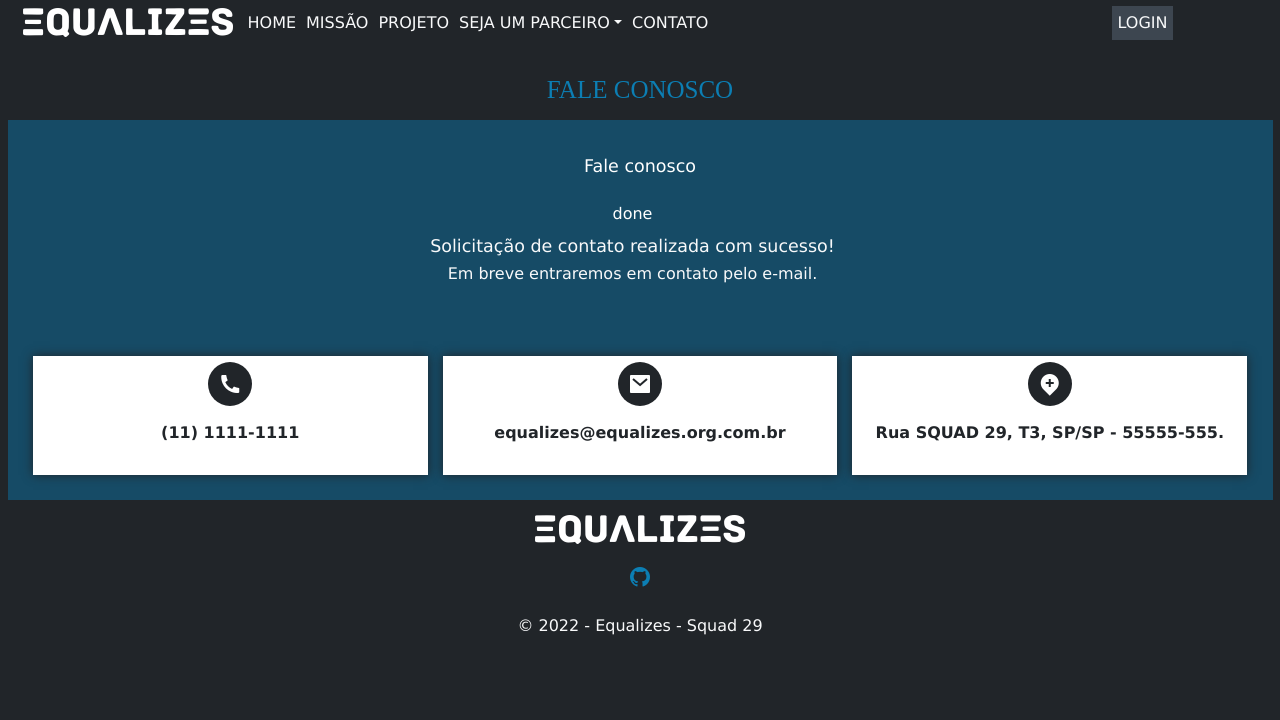
Repository: SQUAD29T3/-SpringEqualizesFinal
Page: http://localhost/success/success-contato
The author's editor kept a copy of each file at every save. The page is drawn from the files as they stood at one save, then again after the next save.
The browser window is 1280 px wide. The pictures show the whole page.
The page is this project's Thymeleaf template; nobody is signed in. The template is opened directly, without the code that normally fills it, so the values that code supplies are empty.

Above is the page before, as saved 2022-10-25 01:23:35.
Console error: TypeError: Cannot set properties of null (setting 'value')

### SpringEqualizes/src/main/resources/templates/success/success-contato.html
<!DOCTYPE html>
<html lang="pt-br">

<head>
	<meta charset="UTF-8">
	<meta http-equiv="X-UA-Compatible" content="IE=edge">
	<meta name="viewport" content="width=device-width, initial-scale=1.0">

	<!-- BOOTSTRAP CSS -->
	<link href="https://cdn.jsdelivr.net/npm/bootstrap@5.0.2/dist/css/bootstrap.min.css" rel="stylesheet"
		integrity="sha384-EVSTQN3/azprG1Anm3QDgpJLIm9Nao0Yz1ztcQTwFspd3yD65VohhpuuCOmLASjC" crossorigin="anonymous">

	<!-- ICON DO SITE (E) -->
	<link rel="shortcut icon" th:href="@{/img/icon.jpg}" type="image/x-icon">

	<!-- ICON SITE REMIXICON -->
	<link href="https://cdn.jsdelivr.net/npm/remixicon@2.5.0/fonts/remixicon.css" rel="stylesheet">

	<!-- CSS EXTERNO -->
	<link rel="stylesheet" th:href="@{css/all.css}">

	<link rel="stylesheet" th:href="@{/css/contato.css}">

	<title> Solicitação de contato realizada com sucesso! | Equalizes </title>

</head>

<body>


	<div class="container-fluid">

		<!-- INÍCIO MENU -->

		<div class="row">

			<div class="col-12 mb-5">

				<nav class="navbar navbar-expand-lg navbar-light bg-dark">
					<div class="container-fluid">
						<a class="navbar-brand" href="/">

							<img th:src="@{/img/logo_equalizes_white.png}" alt="logo" class="logo">

						</a>
						<button class="navbar-toggler d-lg-none" type="button" data-bs-toggle="collapse"
							data-bs-target="#collapsibleNavId" aria-controls="collapsibleNavId" aria-expanded="false"
							aria-label="Toggle navigation" style="background-color: #164B66;">
							<span class="navbar-toggler-icon"></span>
						</button>
						<div class="collapse navbar-collapse text-center" id="collapsibleNavId">
							<ul class="navbar-nav me-auto mt-2 mt-lg-0">
								<li class="nav-item active">
									<a class="nav-link text-light btn-hover" href="/"> HOME <span
											class="visually-hidden">(current)</span></a>
								</li>
								<li class="nav-item">
									<a class="nav-link text-light btn-hover" href="/"> MISSÃO </a>
								</li>
								<li class="nav-item">
									<a class="nav-link text-light btn-hover" href="/"> PROJETO </a>
								</li>

								<li class="nav-item dropdown">
									<a class="nav-link dropdown-toggle text-light btn-hover" href="#" id="dropdownId"
										data-bs-toggle="dropdown" aria-haspopup="true" aria-expanded="false">SEJA UM
										PARCEIRO</a>
									<div class="dropdown-menu" aria-labelledby="dropdownId">
										<a class="dropdown-item text-center btn-hover"
											href="/cadastroEscola">ESCOLAS</a>

										<hr class="dropdown-divider">

										<a class="dropdown-item text-center btn-hover"
											href="/cadastroEmpresa">EMPRESAS</a>
									</div>
								</li>

								<li class="nav-item">
									<a class="nav-link text-light btn-hover" href="#"> CONTATO </a>
								</li>
								<li class="nav-item">
									<a class="nav-link text-light btn-login float-right" href="/login"> LOGIN </a>
								</li>

							</ul>

						</div>
					</div>
				</nav>

			</div>

		</div>

		<!-- FIM MENU -->


		<!-- INÍCIO CONTATOS -->


		<div class="row">

			<div class="col-12 mb-3">

				<h1> FALE CONOSCO</h1>

			</div>


		</div>


		<main>

			<!-- INÍCIO CONTATO FORM -->
			<div class="container">

				<div class="row mt-3">

					<div class="col-12">
						<h3 class="text-center text-padrao"> Fale conosco </h3>
					</div>

				</div>


				<div class="row mt-3">

					<!-- INÍCIO CONFIRMAÇÃO DE ENVIO -->
					<div class="row mt-3 mb-5 confirm" id="success">

						<div class="col-md-12 text-center">
							<span class="material-symbols-outlined sucesso">
								done
							</span>
						</div>


						<div class="col-md-12 mt-3 text-center text-light">
							<h3>Solicitação de contato realizada com sucesso!</h3>
							<span>Em breve entraremos em contato pelo e-mail.</span>
						</div>


					</div>
					<!-- FIM CONFIRMAÇÃO DE ENVIO -->

				</div>




			</div>
			<!-- FIM CONTATO FORM -->


			<!-- CARDS CONTATO -->

			<div class="row mt-5 alinhamento-linha">

				<!-- CARD PHONE -->

				<div class="col-md-4 mt-3">

					<div class="div-contatos">

						<div class="icon">

							<i class="ri-phone-fill ri-xl"></i>

						</div>
						<p> (11) 1111-1111 </p>

					</div>


				</div>


				<!-- CARD EMAIL -->
				<div class="col-md-4 mt-3">

					<div class="div-contatos">

						<div class="icon">
							<i class="ri-mail-fill ri-xl"></i>
						</div>

						<p> equalizes@equalizes.org.com.br </p>

					</div>


				</div>


				<!-- CARD ENDEREÇO -->
				<div class="col-md-4 mt-3">

					<div class="div-contatos">

						<div class="icon">
							<i class="ri-map-pin-add-fill ri-xl"></i>
						</div>

						<p> Rua SQUAD 29, T3, SP/SP - 55555-555. </p>

					</div>


				</div>


			</div>


		</main>

		<!-- FIM CONTATOS -->


		<!-- ICON SCROLL TOP -->

		<i onclick="subirTela()" class="ri-arrow-up-s-line" id="icon-top"></i>

		<!-- ICON SCROLL TOP -->


		<!-- RODAPÉ -->

		<footer>


			<div class="row">

				<div class="col-12 text-center mt-4">

					<img th:src="@{/img/logo_equalizes_white.png}" alt="logo" class="logo">

				</div>

			</div>



			<div class="row">

				<div class="col-12 text-center mt-4">


					<div class="icon-redeSociais">

						<a href="https://github.com/SQUAD29T3" target="_blank"> <i class="ri-github-fill"></i></a>


					</div>


				</div>

			</div>


			<div class="row">
				<div class="col-12">

					<p class="text-light text-center pt-4"> &copy 2022 - Equalizes - Squad 29 </p>

				</div>
			</div>


		</footer>

		<!-- FIM RODAPÉ -->

	</div>


	<!-- INSERINDO VALOR AO INPUT DATA -->
	<script>
		const inputDate = document.querySelector('#dataContato');
		const dataHoje = new Date();

		const d = dataHoje.getDate().toString().padStart(2, '0'); // Dia com 2 digitos;
		const m = String(dataHoje.getMonth() + 1).padStart(2, '0'); // Mês com 2 digitos
		const y = dataHoje.getFullYear(); // Ano com 4 digitos


		inputDate.value = `${y}-${m}-${d}`;

	</script>


	<!-- JAVASCRIPT EXTERNO -->
	<script th:src="@{/js/all.js}"></script>


	<!-- BOOTSTRAP JS -->
	<script src="https://cdn.jsdelivr.net/npm/bootstrap@5.0.2/dist/js/bootstrap.bundle.min.js"
		integrity="sha384-MrcW6ZMFYlzcLA8Nl+NtUVF0sA7MsXsP1UyJoMp4YLEuNSfAP+JcXn/tWtIaxVXM"
		crossorigin="anonymous"></script>

</body>

</html>

### SpringEqualizes/src/main/resources/static/css/contato.css
h1 {
    color: #0C7EB3;
    text-align: center;
    font-family: fantasy;
    text-shadow: none;
}


main {
    border-radius: 0;
    background-color: #164B66;
    padding: 2%;

}


/* CARDS CONTATOS */

.alinhamento-linha {
    display: flex;
    align-items: center;

}


.div-contatos {

    background-color: #ffffff;

    display: flex;
    flex-direction: column;
    justify-content: center;
    align-items: center;

    padding: 2rem;
    box-shadow: 0 0 1rem #212529;

}

.div-contatos p {
    margin-top: 2rem;
    color: #212529;
    font-weight: bolder;

}

/* ICONES */
.icon>i {

    background-color: #212529;
    color: #ffffff;
    padding: 1rem;
    border-radius: 50%;

}

/* FIM CARDS CONTATOS */



/* INÍCIO FORMULÁRIO */
form {
    /* background-color: #171f27; */
    border-radius: 10px;

}

/* INPUTS DE EMAIL E SENHA */

input[type="text"],
input[type="email"],
textarea,
select {

    background-color: #212529;
    width: 100%;
    color: #ffffff;
    font-weight: bold;
    size: 1.4rem;
    padding: 0.5rem;
    border: none;
    outline: none;

}

option {

    font-family: monospace;

}


optgroup {
    background-color: #212529;
}

select {
    text-align: center;
    background-color: #0C7EB3;
    color: #ffffff;
}

input[type="text"]:focus,
input[type="email"]:focus,
textarea:focus,
select:focus {

    width: 100%;
    box-shadow: 0 0 0.2rem 0.2rem #164B66;

}

/* BOTÃO ENVIAR */

input[type="submit"] {
    background-color: #0C7EB3;
    color: #ffffff;
    font-weight: bold;
    width: 100%;
    padding: 0.5rem 2rem;
    border: none;
    transition: all .2s;
}

input[type="submit"]:hover {
    background-color: #ffffff;
    color: #164B66;
    font-weight: bold;
    padding: 0.5rem 2rem;


}


/* MEDIA CONFORME md do Bootstrap */
@media only screen and (max-width: 768px) {


    /* Usar se houver necessidade */


}

### SpringEqualizes/src/main/resources/static/js/all.js

//REALIZA O SCROLL
function subirTela() {

    window.scrollTo({
        top: 0,
        left: 0,
        behavior: 'smooth'
    });

}


// CONDIÇÃO PARA MOSTRAR OU NÃO O BOTÃO

function btnScroll() {

    if (window.scrollY < 200) {
        document.getElementById("icon-top").style.display = "none";

    } else {
        document.getElementById("icon-top").style.display = "block";
    }
};

// Monitora o scroll.
window.addEventListener('scroll', btnScroll);



// MENU - ADMIN
function menuToggle() {

    let menuArea = document.getElementById("menu-area");

    if (menuArea.classList.contains('menu-aberto') == true) {

        menuArea.classList.remove('menu-aberto');

    } else {
        menuArea.classList.add('menu-aberto');
    }

}

### SpringEqualizes/src/main/resources/static/css/confirm.css
.confirm {
    background-color: #212529;
    box-shadow: 0 0 0.5rem #fff;
    border-radius: 1rem;
    padding: 1.6rem;
}

/* ICON */
span.sucesso {
    color: #28A745;
    font-weight: bolder;
    font-size: 5rem;
    background-color: #fff;
    border-radius: 50%;
    padding: 1rem;
}

/* TÍTULO SOLICITAÇÃO */
h3 {
    color: #fff;
}

Loaded but not shown: SpringEqualizes/src/main/resources/static/css/all.css (library)

After the next save:
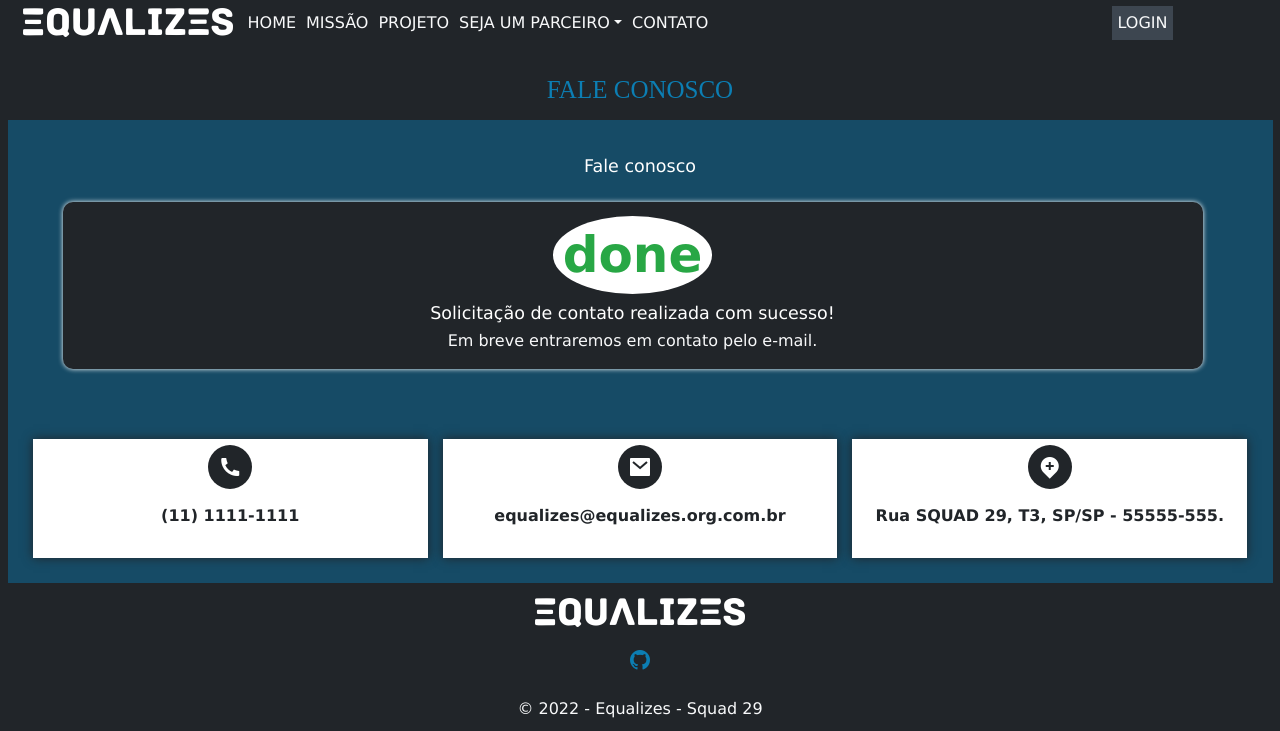
Saved 54 s later.
--- a/SpringEqualizes/src/main/resources/templates/success/success-contato.html
+++ b/SpringEqualizes/src/main/resources/templates/success/success-contato.html
@@ -20,6 +20,9 @@
 	<link rel="stylesheet" th:href="@{css/all.css}">
 
 	<link rel="stylesheet" th:href="@{/css/contato.css}">
+	<link rel="stylesheet" th:href="@{/css/confirm.css}">
+
+
 
 	<title> Solicitação de contato realizada com sucesso! | Equalizes </title>
 
